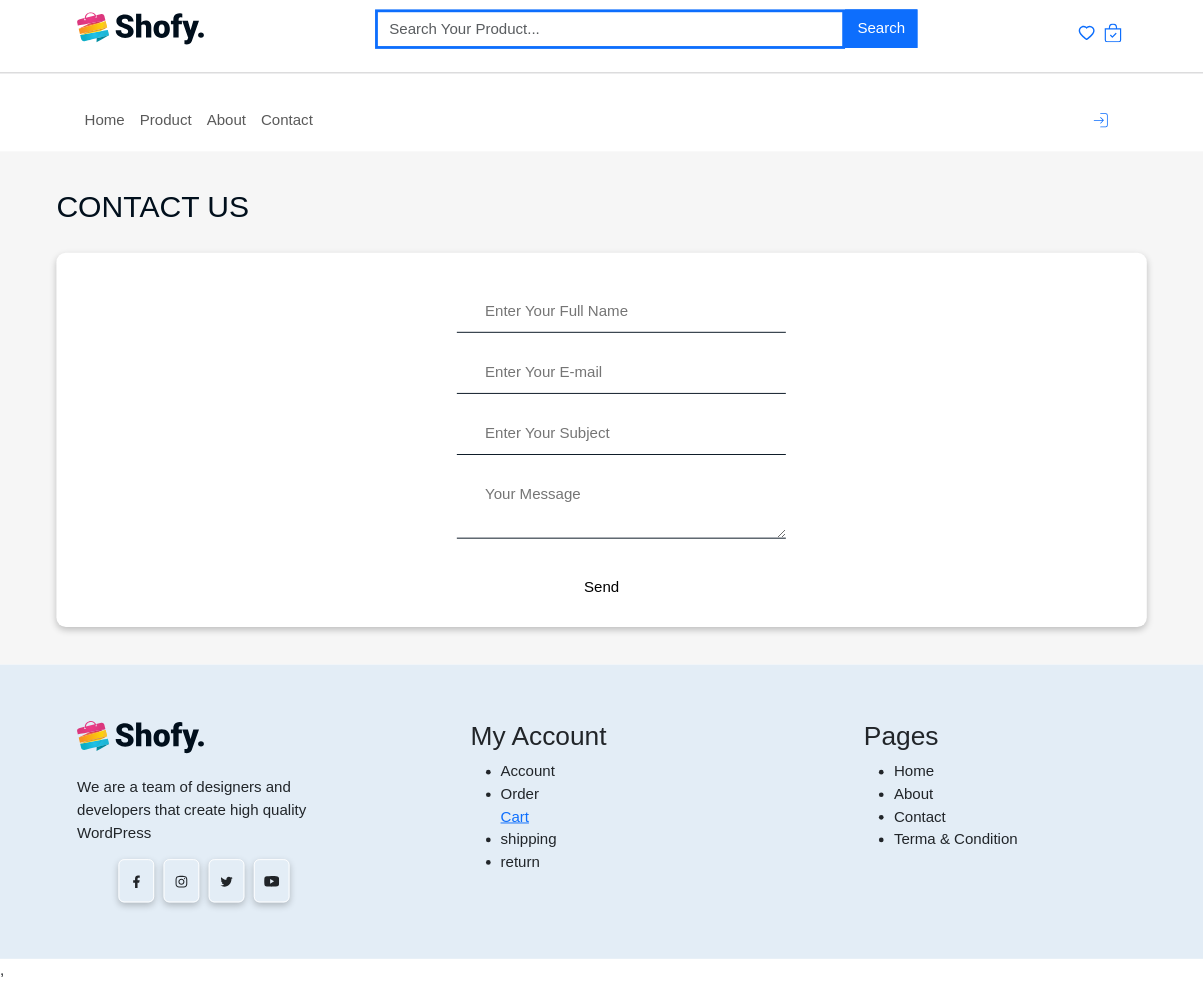
Repository: YomnaWegdan/E-commerce
Page: /contact
An editor plug-in stored every save of this project. The page is shown before and after the next save, followed by the edit.
The browser window is 1280 px wide. The pictures show the whole page, at 94% of full size.
The project was rebuilt for these pictures with package versions that can differ from the ones it lists, and the page was loaded fresh each time. Also part of the build but not shown: src/App.css, src/Pages/Home.css, src/Components/HomeProduct.js, src/Pages/Home.js, src/Pages/Product.js, src/Components/Cart/Cart.css, src/Components/Cart/Cart.js.

Above is the page before, as saved 2023-08-09 00:56:44.

After the next save:
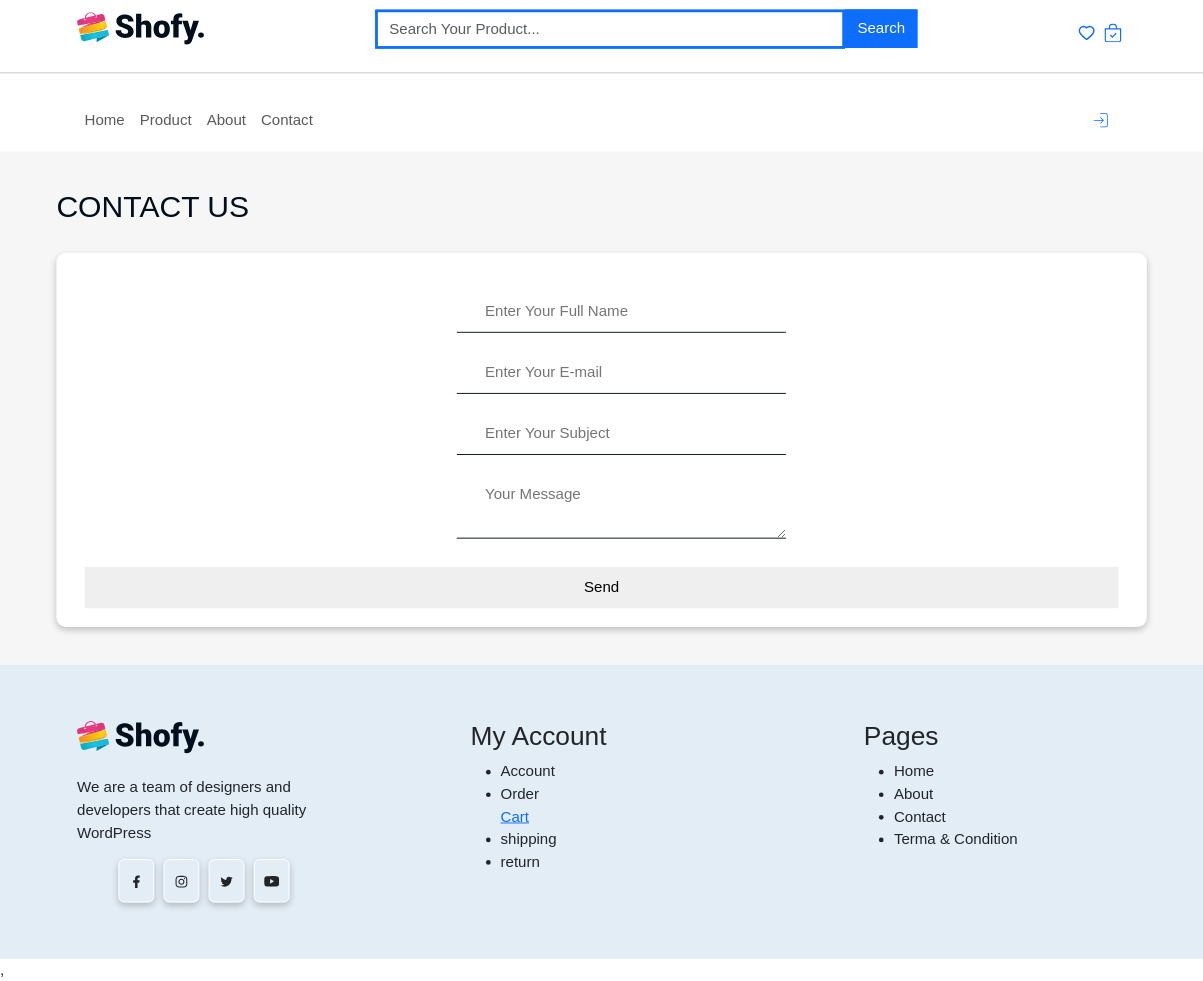
Saved 12 s later.
--- a/src/Pages/Contact.css
+++ b/src/Pages/Contact.css
@@ -42,7 +42,7 @@
     padding: 10px 30px;
     border: none;
     outline: none;
-    background: none;
+    background: ;
     width: 100%;
     margin-top: 30px;
 
